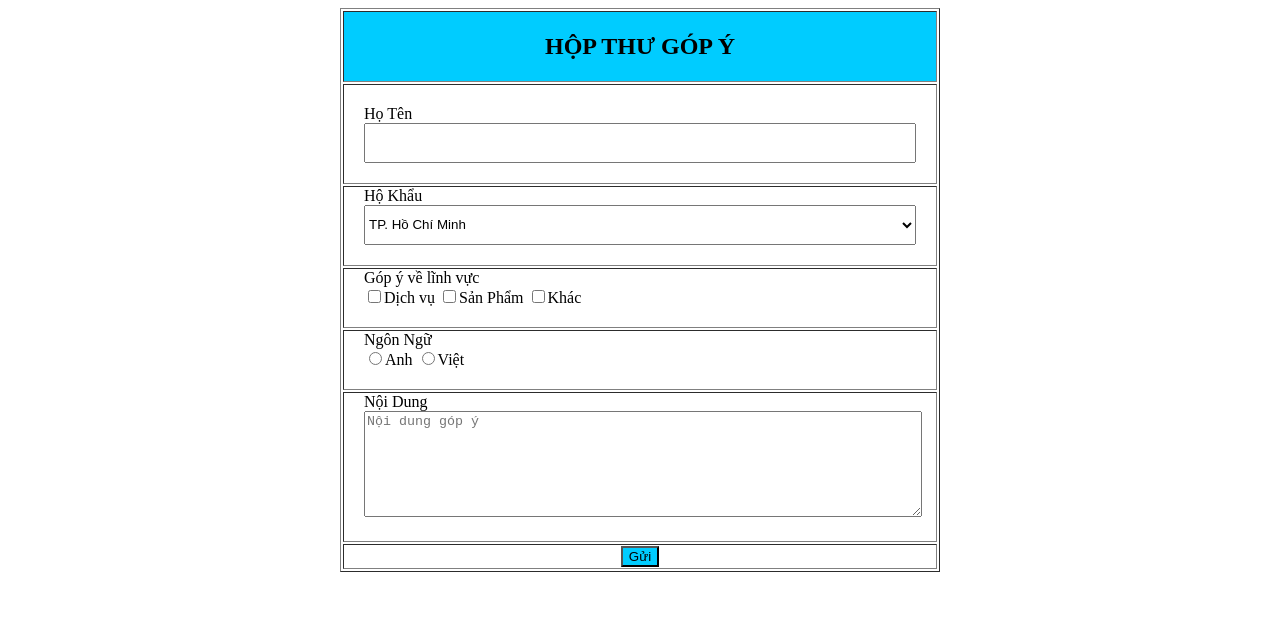
Repository: Tan-Khang21/TH_TKW--Buoi_04
Page: Bai_Tap_Ve_Nha/Bai_02/form8.html
The author's editor kept a copy of each file at every save. The page is drawn from the files as they stood at one save, then again after the next save.
The browser window is 1280 px wide. The pictures show the whole page.

Above is the page before, as saved 2024-03-07 16:41:30.

After the next save:
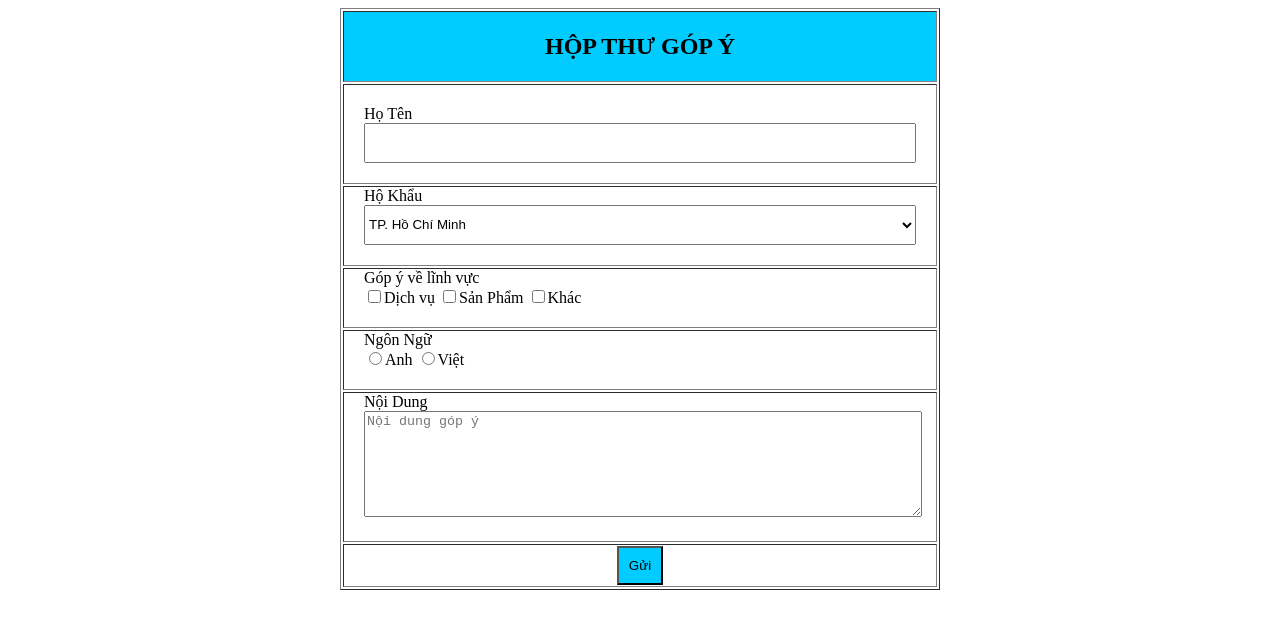
Saved 13 s later.
--- a/Bai_Tap_Ve_Nha/Bai_02/form8.html
+++ b/Bai_Tap_Ve_Nha/Bai_02/form8.html
@@ -58,7 +58,7 @@
       </tr>
       <tr>
         <th>
-            <input type="button" value="Gửi" style="background-color:#00ccff;">
+            <input type="button" value="Gửi" style="background-color:#00ccff; padding: 10px;">
         </th>
       </tr>
 </table>
